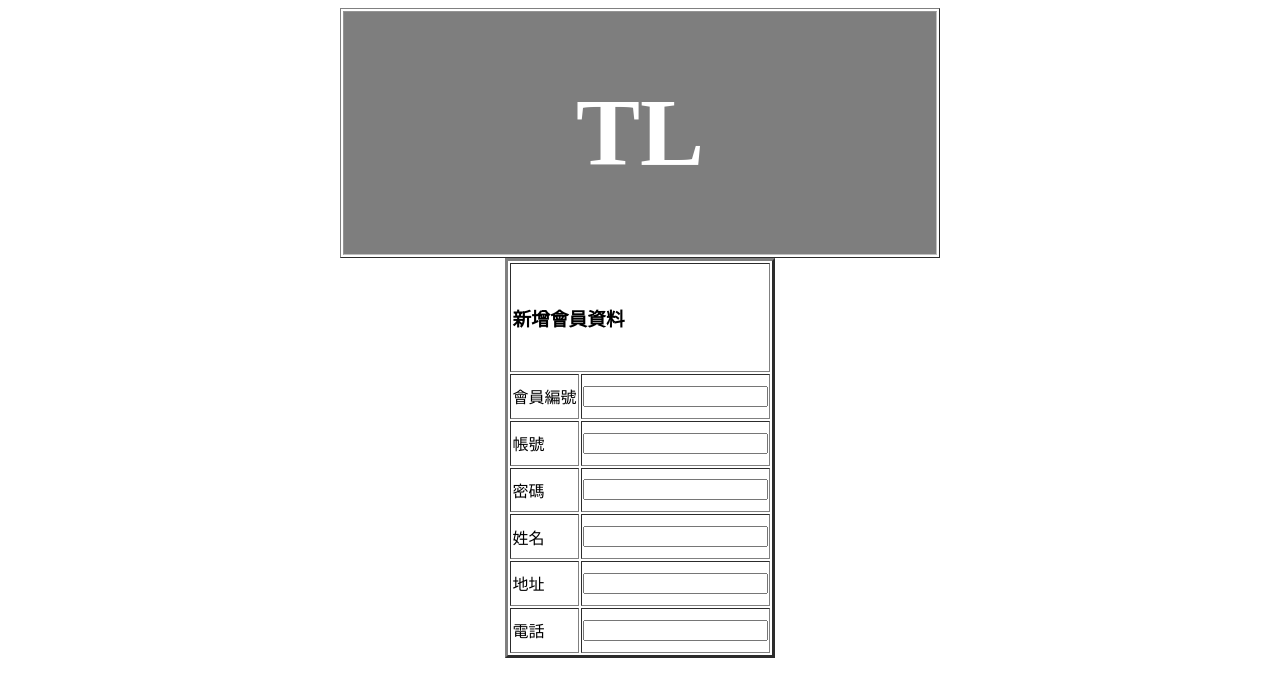
Repository: DAXMZB/Project
Page: http://localhost/SP2/addMember.jsp
The author's editor kept a copy of each file at every save. The page is drawn from the files as they stood at one save, then again after the next save.
The browser window is 1280 px wide. The pictures show the whole page.
The page is served by Tomcat 9.

Above is the page before, as saved 2026-02-07 08:15:00.

After the next save:
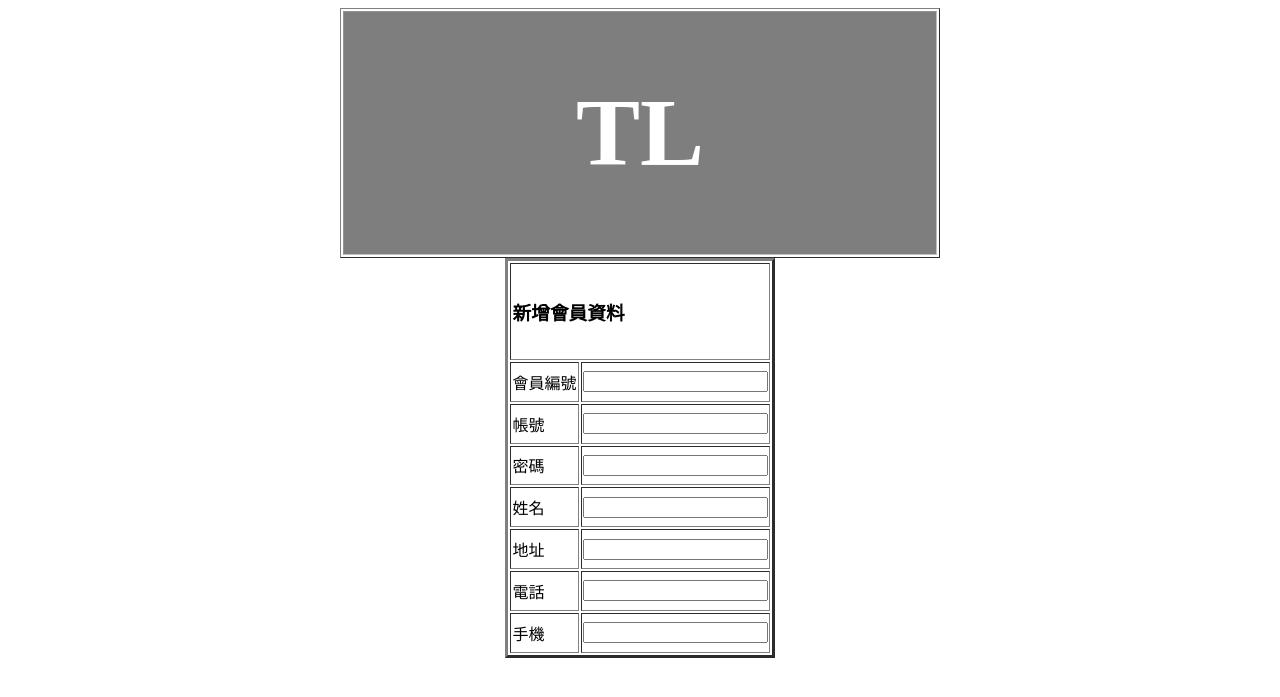
Saved 4 min 41 s later.
--- a/SP2/src/main/webapp/addMember.jsp
+++ b/SP2/src/main/webapp/addMember.jsp
@@ -37,6 +37,10 @@
 					<td>電話</td>
 					<td><input type="text" name="phone"></td>
 				</tr>
+				<tr>
+					<td>手機</td>
+					<td><input type="text" name="mobile"></td>
+				</tr>
 			</table>
 		</form>
 	</table>
